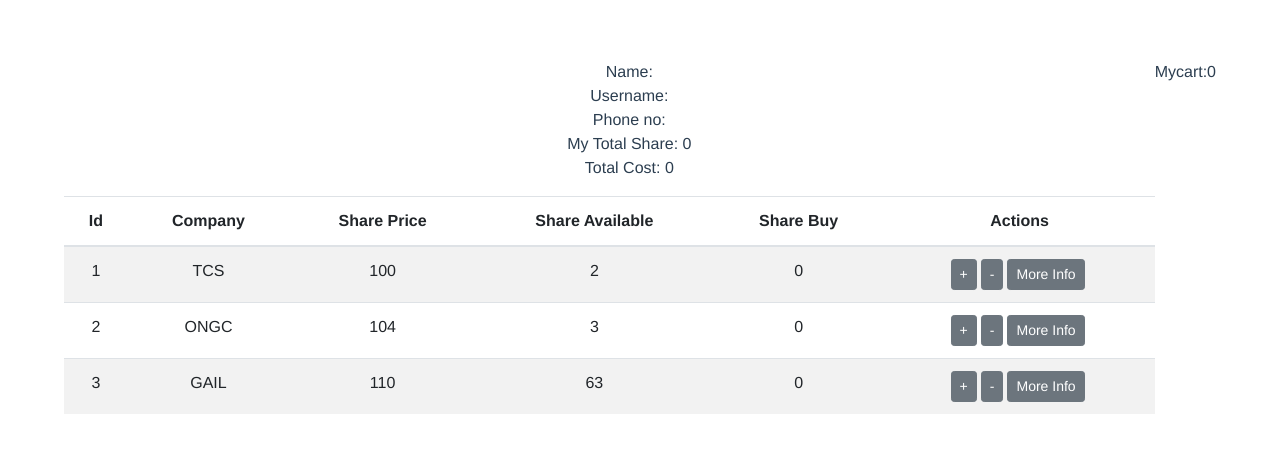
Repository: rupeshpawar93/vue-profile
Page: /portfolio/detail
The author's editor kept a copy of each file at every save. The page is drawn from the files as they stood at one save, then again after the next save.
The browser window is 1280 px wide. The pictures show the whole page.
The project was rebuilt for these pictures with package versions that can differ from the ones it lists, and the page was loaded fresh each time. Also part of the build but not shown: webpack.config.js, src/components/Portfolio.vue, src/components/Company.vue.

Above is the page before, as saved 2019-11-04 18:37:29.

### index.html
<!DOCTYPE html>
<html lang="en">
  <head>
    <meta charset="utf-8">
    <title>Portfolio Manager</title>
  </head>
  <body>
    <div id="app"></div>
    <script src="/dist/build.js"></script>
  </body>
</html>

### src/main.js
import Vue from 'vue'
import BootstrapVue from 'bootstrap-vue'
import 'bootstrap/dist/css/bootstrap.css'
import 'bootstrap-vue/dist/bootstrap-vue.css'
import App from './App'
import router from './router'
import { store } from './store/store.js'

Vue.use(BootstrapVue)

Vue.config.productionTip = false

new Vue({
	el: '#app',
	router,
	store,
	template: '<App/>',
	components: { App }
})

### src/App.vue
<template>
  <div id="app">
    <router-view></router-view>
  </div>
</template>

<script>
	export default {
	  name: 'app'
	}
</script>


<style>
	#app {
		font-family: 'Avenir', Helvetica, Arial, sans-serif;
		-webkit-font-smoothing: antialiased;
		-moz-osx-font-smoothing: grayscale;
		text-align: center;
		color: #2c3e50;
		margin-top: 60px;
	}

	h1, h2 {
		font-weight: normal;
	}
</style>

### src/router/index.js
import Vue from 'vue'
import Router from 'vue-router'
import Portfolio from '@/components/Portfolio'
import PortfolioDetail from '@/components/PortfolioDetail'
import MyCart from '@/components/Mycart'
import Company from '@/components/Company'
Vue.use(Router)

export default new Router({
    mode: 'history',
    routes: [
        {
            path: '/',
            name: 'Portfolio',
            component: Portfolio
        },
        {
            path: '/portfolio/detail',
            name: 'mycart',
            component: MyCart,
            props:true
        },
        {
            path:'/company-form',
            name: 'company',
            component: Company
        }
    ]
})

### src/store/store.js
import Vue from 'vue'
import Vuex from 'vuex'

Vue.use(Vuex)
export const store = new Vuex.Store({
    state: {
        myshare:0,
        sharePrice:0
    },
    mutations: {
        increment(state,flag) {
            ++state.myshare
        },
        decrement(state,flag) {
            --state.myshare
        },
        addPrice(state,price) {
            state.price+=state.myshare*price
        },
        minusPrice(state,price) {
            state.price-=state.myshare*price
        }
    },
    actions: {
        addIncrement(context,flag) {
            console.log("hit");
            if(flag){
                context.commit('increment')
            } else {
                context.commit('decrement')
            }
        },
        addPriceValue(context,flag,price) {
            if($flag) {
                context.commit('addPrice',price)
            } else {
                context.commit('minusPrice',price)
            }
        }
    }
});

### src/components/PortfolioDetail.vue
<template>
    <div>
        <ul>
            <li>Name: {{profile.name}}</li>
            <li>Username: {{profile.username}}</li>
            <li>Phone no: {{profile.phone}}</li>
            <li>My Total Share: {{myshare}}</li>
            <li>Total Cost: {{mytotalcost}}</li>
        </ul>
        <b-table striped hover :fields="fields" :items="items">
             <template v-slot:cell(actions)="row">
                <b-button size="sm" @click="add(row.item,row.index)" class="mr-1">
               +
                </b-button>
                <b-button size="sm" @click="minus(row.item,row.index)" class="mr-1">
               -
                </b-button>
                <b-button size="sm" @click="moreInfo(row.item)" class="mr-1">More Info</b-button>
             </template>
        </b-table>

    </div>
</template>
<script>
import axios from 'axios'

export default {
    name:'PortfolioDetail',
    props:{
        profile:Object
        },
    data() {
        return {
            userId:'',
            fields:['id','Company','SharePrice','ShareAvailable','ShareBuy','Actions'],
            mytotalcost:0,
            items:[
                {
                    'id':1,
                    'Company':'TCS',
                    'SharePrice': 100.00,
                    'ShareBuy': 0,
                    'ShareAvailable':2
                },
                {
                    'id':2,
                    'Company':'ONGC',
                    'SharePrice': 104.00,
                    'ShareBuy': 0,
                    'ShareAvailable':3
                },
                {
                    'id':3,
                    'Company':'GAIL',
                    'SharePrice': 110.00,
                    'ShareBuy': 0,
                    'ShareAvailable':63
                }
            ]
        }
    },
    computed:{
        myshare() {
            return this.$store.state.myshare
        }
    },
    methods: {
        add(item,index) {
            if(item.ShareAvailable!=0) {
                this.items[index]['ShareBuy'] = ++item.ShareBuy;
                this.mytotalcost = this.mytotalcost + item.SharePrice;
                this.items[index]['ShareAvailable'] = --item.ShareAvailable;
                this.$store.dispatch('addIncrement',1)
                // this.$emit('myEvent', this.myshare);
            } else {
                alert(item.Company+' No Share left');
            }
        },
        minus(item,index) {
            if(item.ShareBuy!=0) {
                this.items[index]['ShareBuy'] = --item.ShareBuy;
                this.mytotalcost = this.mytotalcost - item.SharePrice;
                this.items[index]['ShareAvailable'] = ++item.ShareAvailable;
                this.$store.dispatch('addIncrement',0)
                //this.$emit('myEvent', this.myshare);
            } else {
                alert(item.Company+' No buy Share left');
            }
        },
        moreInfo(item) {
              this.$router.push({ name: 'company', params: { item: item } });
        }
    },
    mounted() {
        // this.userId=profile.userId;
        // axios
        // .get('https://jsonplaceholder.typicode.com/users/'+this.userId)
        // .then((response) => {
        //     this.profile =  response.data;
        // });
    }
}
</script>

### src/components/Mycart.vue
<template>
    <div style="width:90%;margin:0 auto;">
        <p style="float:right">Mycart:{{myshare}}</p>
        <div style="overflow:auto">
            <PortfolioDetail :profile="profile"/>
        </div>
    </div>
</template>
<style>
    ul {
        list-style: none;
    }
</style>
<script>
import axios from 'axios'
import PortfolioDetail from './PortfolioDetail'
export default {
    name:'mycart',
    data() {
        return {
            profile:{}
        }
    },
    components: {
        PortfolioDetail
    },
    mounted() {
        axios
        .get('https://jsonplaceholder.typicode.com/users/'+this.$route.params.item.userId)
        .then((response) => {
            this.profile =  response.data;
        });
    },
    computed: {
        myshare() {
            return this.$store.state.myshare
        },
        mysharePrice() {
            return this.$store.state.sharePrice
        }
    },
    methods: {
        // mycart(val) {
        //     this.share=val
        // }
    }
}
</script>

After the next save:
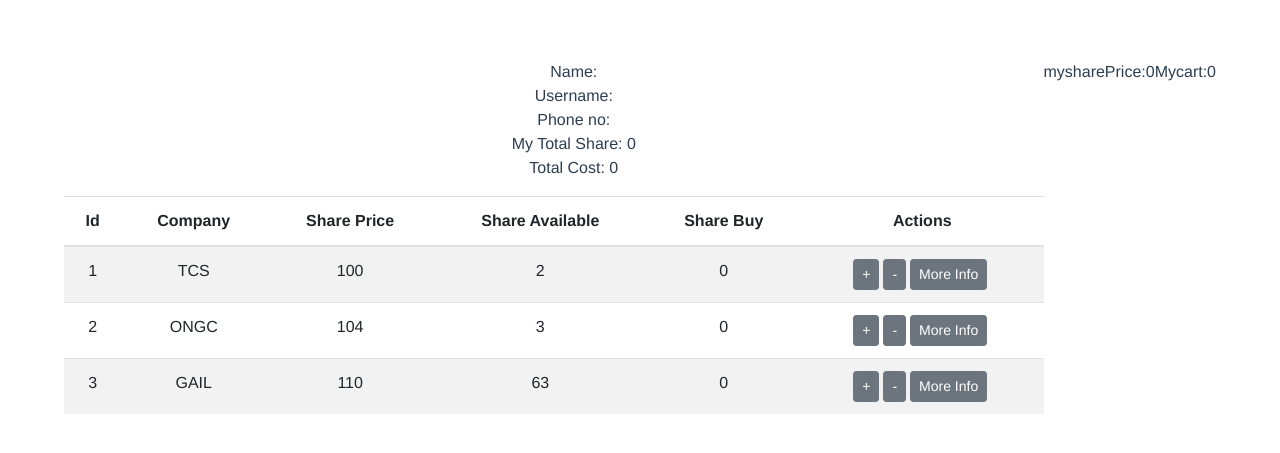
Saved 30 s later.
--- a/src/components/Mycart.vue
+++ b/src/components/Mycart.vue
@@ -1,6 +1,7 @@
 <template>
     <div style="width:90%;margin:0 auto;">
         <p style="float:right">Mycart:{{myshare}}</p>
+        <p style="float:right">mysharePrice:{{mysharePrice}}</p>
         <div style="overflow:auto">
             <PortfolioDetail :profile="profile"/>
         </div>
